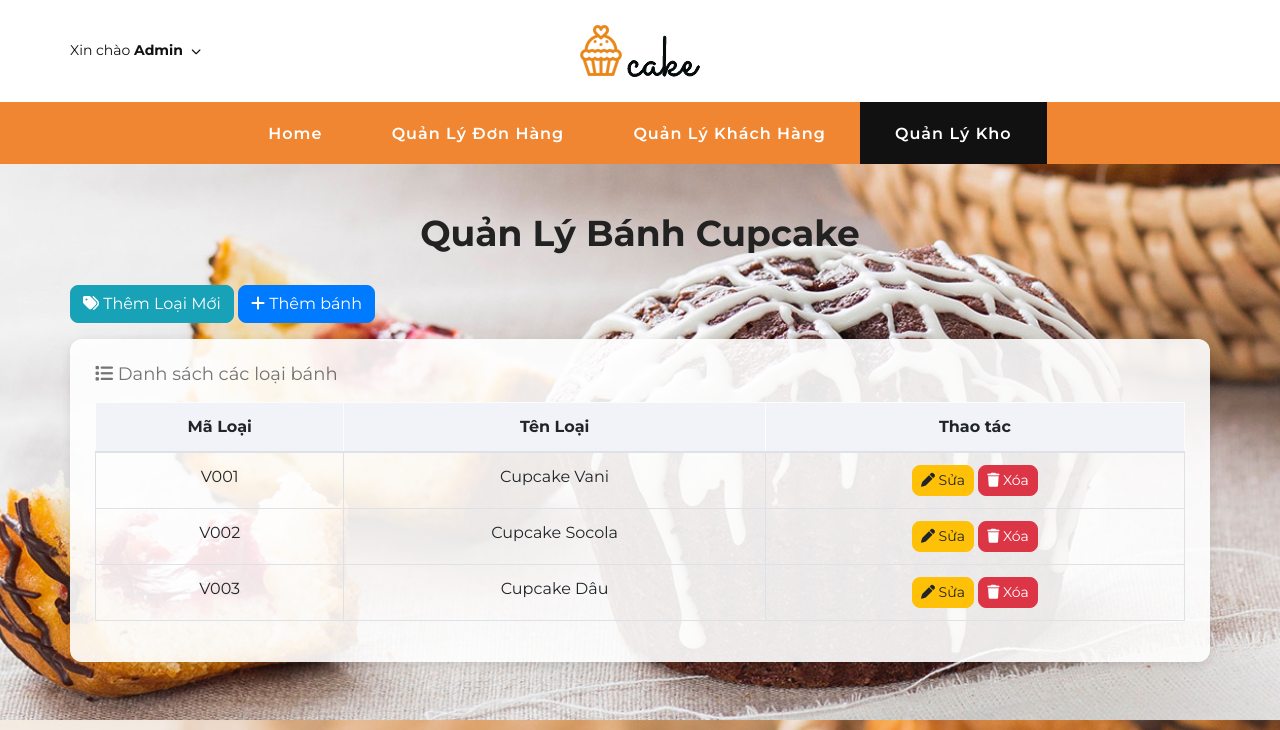
Repository: nhanto2n-byte/Nhom10ChieuThu3
Page: ProjectWeb/cake-main/admin_type.html
An editor plug-in stored every save of this project. The page is shown before and after the next save, followed by the edit.
The browser window is 1280 px wide. The pictures show the whole page.
Backgrounds fixed to the window are drawn as part of the page.

Above is the page before, as saved 2025-11-04 13:02:07.
Console error (its wording comes from the project's code and is left out).

After the next save:
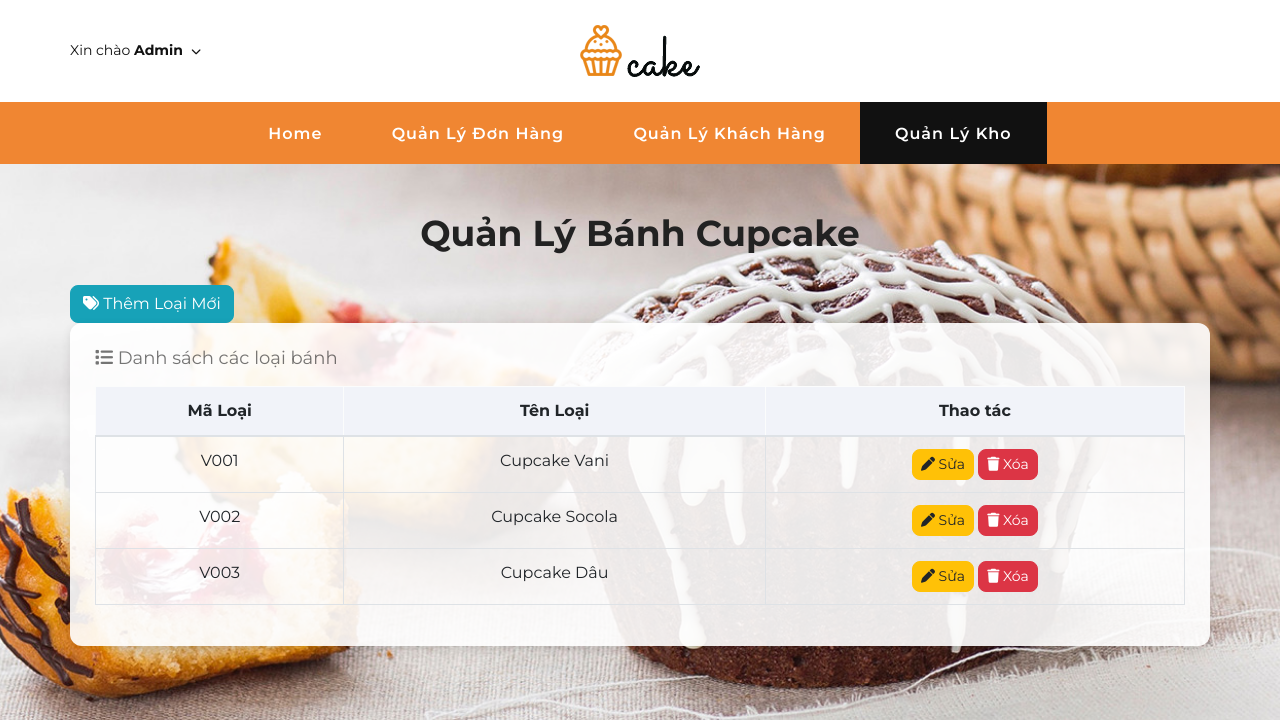
Saved 3 min 16 s later.
--- a/ProjectWeb/cake-main/admin_type.html
+++ b/ProjectWeb/cake-main/admin_type.html
@@ -111,8 +111,7 @@
 
         <div class="text-end mb-3">
             <button id="btnShowAddFlavor" class="btn btn-info"><i class="fa-solid fa-tags"></i> Thêm Loại Mới</button>
-            <button id="btnShowAddCake" class="btn btn-primary"><i class="fa-solid fa-plus"></i> Thêm bánh</button>
-        </div>
+
 
         <div class="card card-form" id="addFlavorForm">
             <h5><i class="fa-solid fa-tags"></i> Thêm Sản Phẩm Mới</h5>
